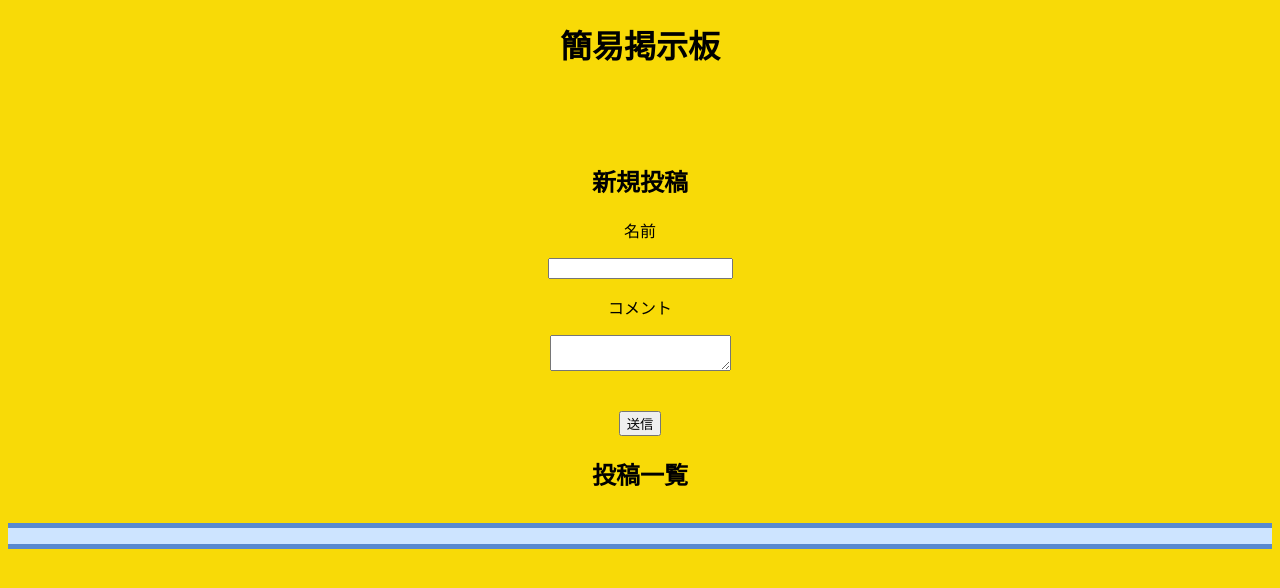
Repository: kakutoshi/test
Page: http://localhost/
These files come from the project's save history. The page is drawn as it stood at one moment and after the next save; the edit follows.
The browser window is 1280 px wide. The pictures show the whole page.
The page is run by PHP 8.4 with error messages shown; the project is at /var/www/html/. Queries for data that is not in the repository find no rows.

Above is the page before, as saved 2022-04-18 01:34:37.

### it06/htdocs/BBS/index.php
<!DOCTYPE html>
<html lang="ja">
<head>
<meta charset="utf-8">
<meta name="viewport" content="width=device-width,initial-scale=1.0">

<title>掲示板</title>

	<link rel="stylesheet" href="css/common.css">



</head>
<body>

<h1>簡易掲示板</h1>
<br>
<br>
<br>




<h2>新規投稿</h2>

	<form action="kanryou.php" method="post">
		<p>名前</p>
		<input type="text" name="a">
		<p>コメント</p>
		<textarea name="b"></textarea>
		<br>
		<br>
		<br>
		<input type="submit" value="送信">



	</form>

<h2>投稿一覧</h2>
<div class = "box">
<?php

$db = new PDO("mysql:host=127.0.0.1;dbname=BBS;charset=utf8", "root", "");



$n = $db->query("SELECT * FROM tb1 ORDER BY no DESC");
while ($i = $n -> fetch()) {
    print "{$i['no']}:{$i['name']}{$i['time']}<br>" . nl2br($i['message']) . "<hr>";
}

?>

</div>

</body>


</html>

### it06/htdocs/BBS/css/common.css
@charset "UTF-8";

body{
	text-align:center;
	background-color:#f8da07;
	font-family: sans-serif;

}

.box{
	padding:8px 19px;
	margin: 2em 0;
	color:#2c2c2f;
	background: #cde4ff;
	border-top: solid 5px #5989cf;
	border-bottom: solid 5px #5989cf;
}

After the next save:
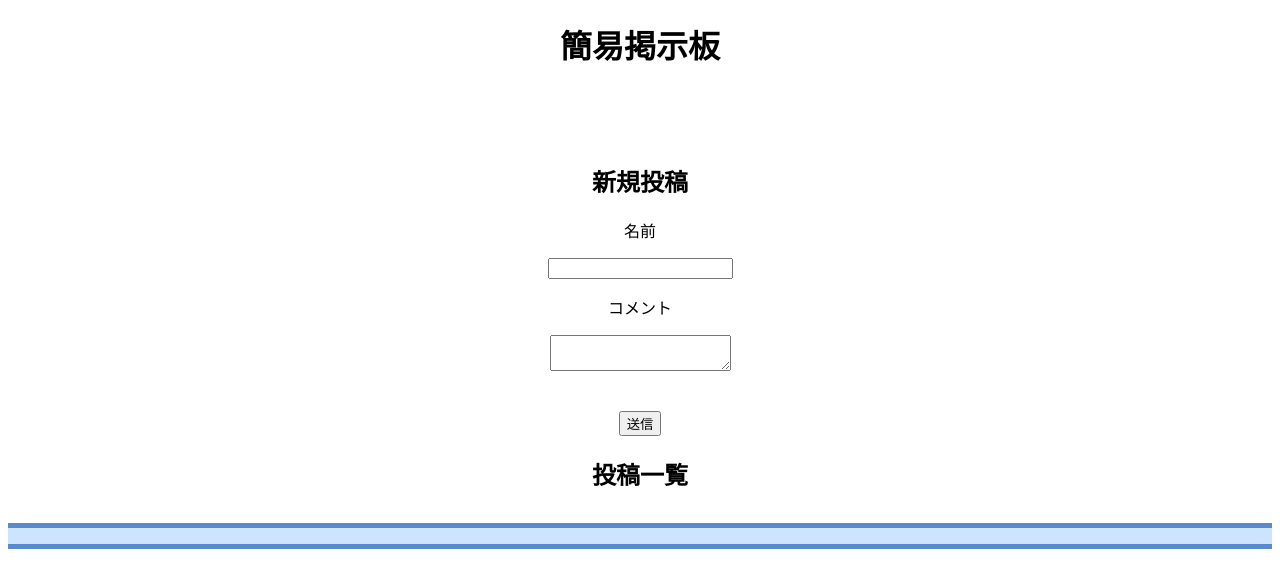
Saved 40 s later.
--- a/it06/htdocs/BBS/css/common.css
+++ b/it06/htdocs/BBS/css/common.css
@@ -2,7 +2,7 @@
 
 body{
 	text-align:center;
-	background-color:#f8da07;
+	background-color:white;
 	font-family: sans-serif;
 
 }
